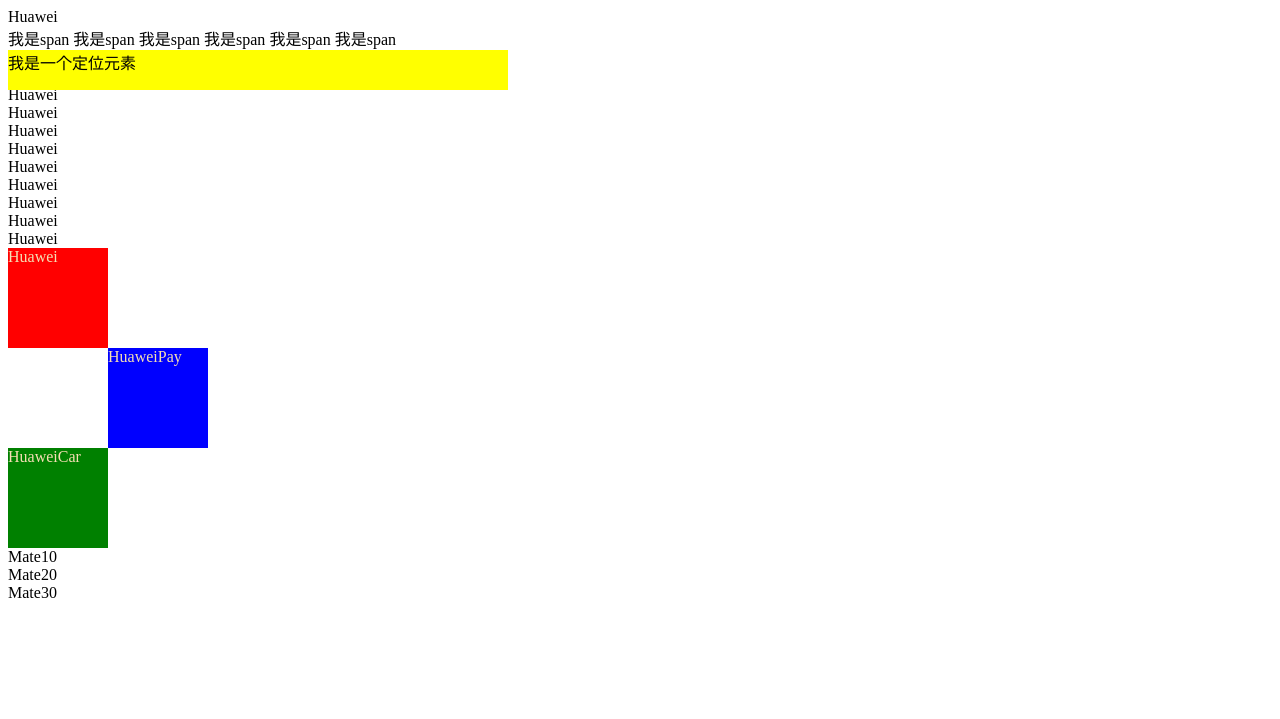
Repository: nanvon/front-end_byhuawei
Page: CSS层级.html
The author's editor kept a copy of each file at every save. The page is drawn from the files as they stood at one save, then again after a run of saves.
The browser window is 1280 px wide. The pictures show the whole page.

Above is the page before, as saved 2020-12-10 20:40:19.

After the next 8 saves:
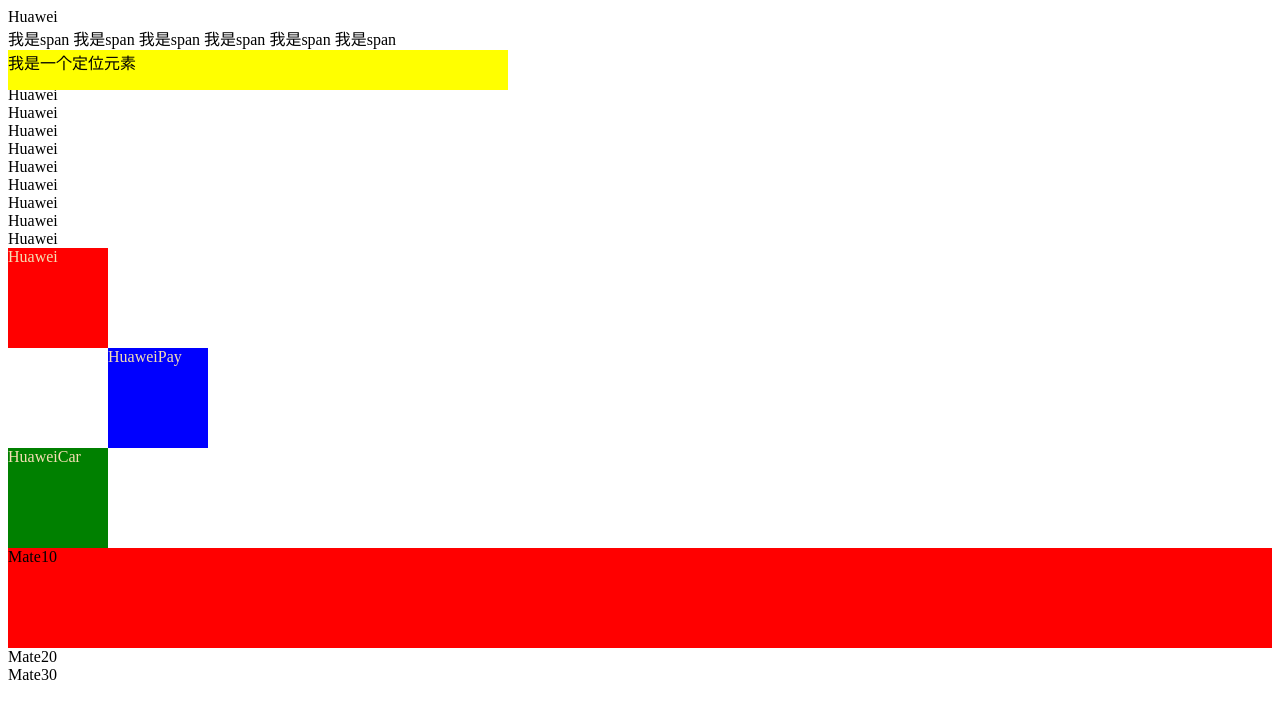
The 8 saves are shown as one change because they came seconds apart.
The last was saved 19 s later.
--- a/CSS层级.html
+++ b/CSS层级.html
@@ -36,7 +36,10 @@
             color: wheat;
         }
 
-        .p1 {}
+        .p1 {
+            height: 100px;
+            background: red;
+        }
 
         .p2 {}
 
